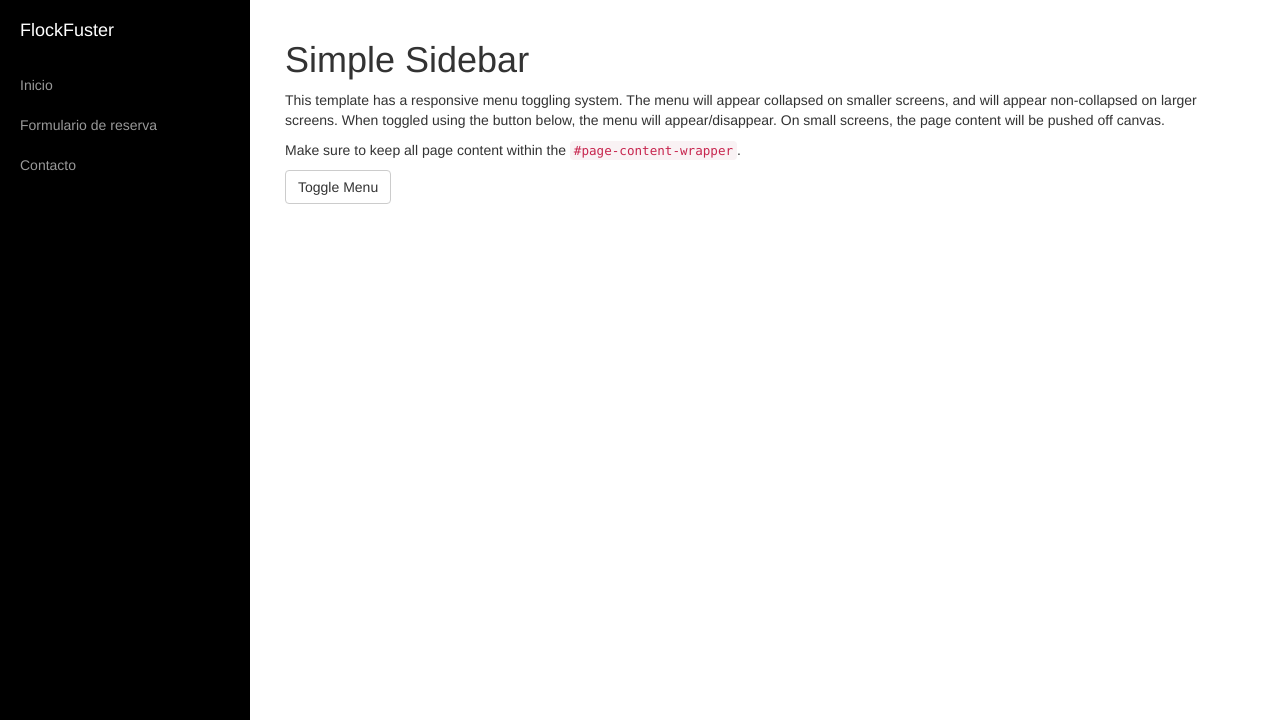
Repository: FranciscaGeorgue/Experiencia-3
Page: contacto.html
The author's editor kept a record of every edit. The page is drawn from the files as they stood at one moment, then again after the next edit.
The browser window is 1280 px wide. The pictures show the whole page.

Above is the page before.

After the next edit:
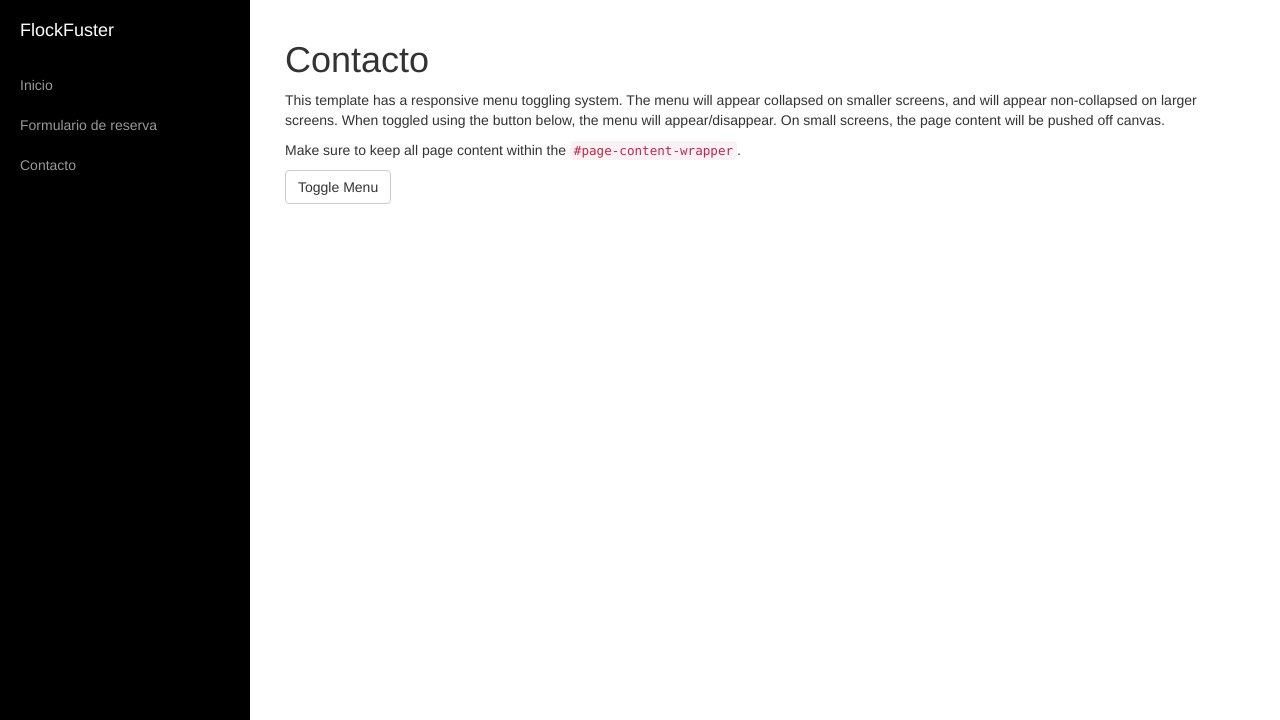
The edit:
--- a/contacto.html
+++ b/contacto.html
@@ -56,7 +56,7 @@
             <div class="container-fluid">
                 <div class="row">
                     <div class="col-lg-12">
-                        <h1>Simple Sidebar</h1>
+                        <h1>Contacto</h1>
                         <p>This template has a responsive menu toggling system. The menu will appear collapsed on smaller screens, and will appear non-collapsed on larger screens. When toggled using the button below, the menu will appear/disappear. On small screens, the page content will be pushed off canvas.</p>
                         <p>Make sure to keep all page content within the <code>#page-content-wrapper</code>.</p>
                         <a href="#menu-toggle" class="btn btn-default" id="menu-toggle">Toggle Menu</a>
